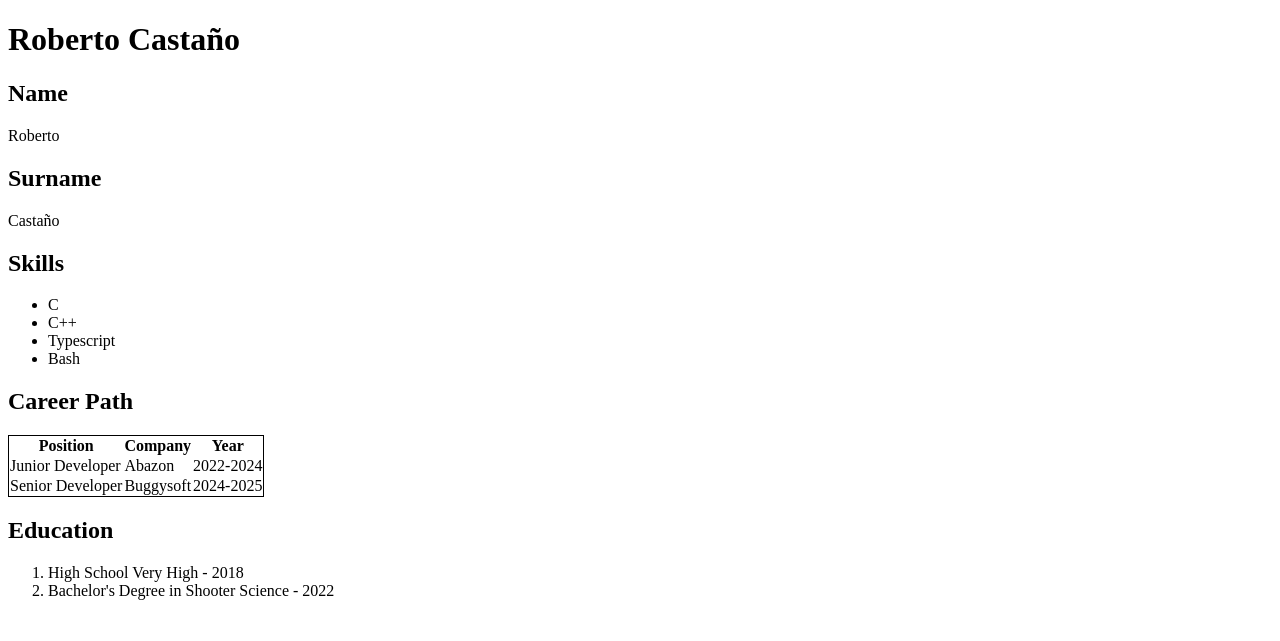
Repository: cronopi/django
Page: Training-Python-Django-0 1/ex01/cv.html
The author's editor kept a copy of each file at every save. The page is drawn from the files as they stood at one save, then again after the next save.
The browser window is 1280 px wide. The pictures show the whole page.

Above is the page before, as saved 2026-03-10 12:43:48.

After the next save:
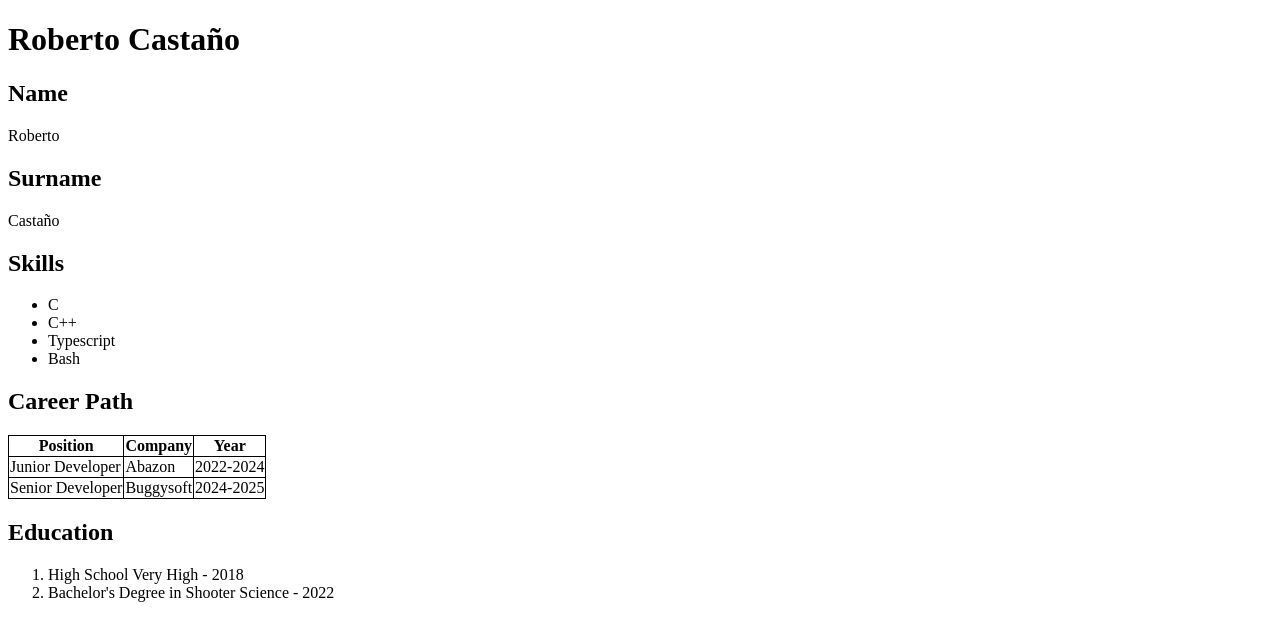
Saved 13 s later.
--- a/Training-Python-Django-0 1/ex01/cv.html
+++ b/Training-Python-Django-0 1/ex01/cv.html
@@ -10,8 +10,8 @@
 		}
 
 		table th,
-		{
-		border: 1px solid black;
+		table td {
+			border: 1px solid black;
 		}
 	</style>
 </head>

After the save that followed:
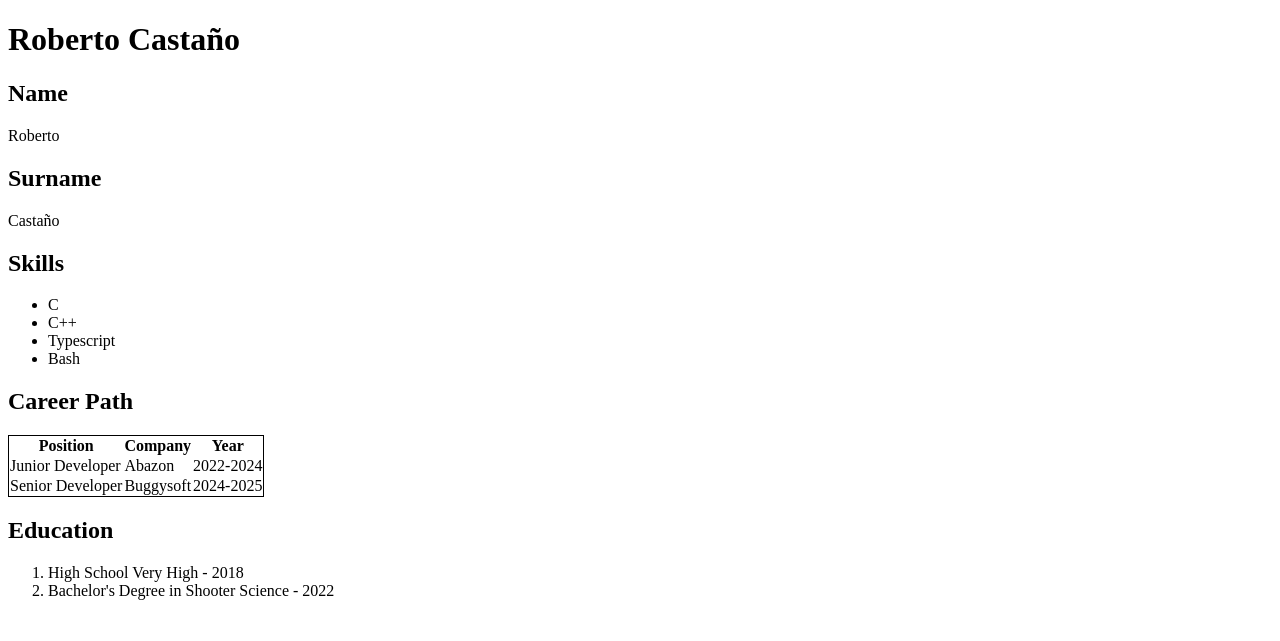
Saved 31 s later.
--- a/Training-Python-Django-0 1/ex01/cv.html
+++ b/Training-Python-Django-0 1/ex01/cv.html
@@ -10,8 +10,8 @@
 		}
 
 		table th,
-		table td {
-			border: 1px solid black;
+		{
+		border: 1px solid black;
 		}
 	</style>
 </head>
